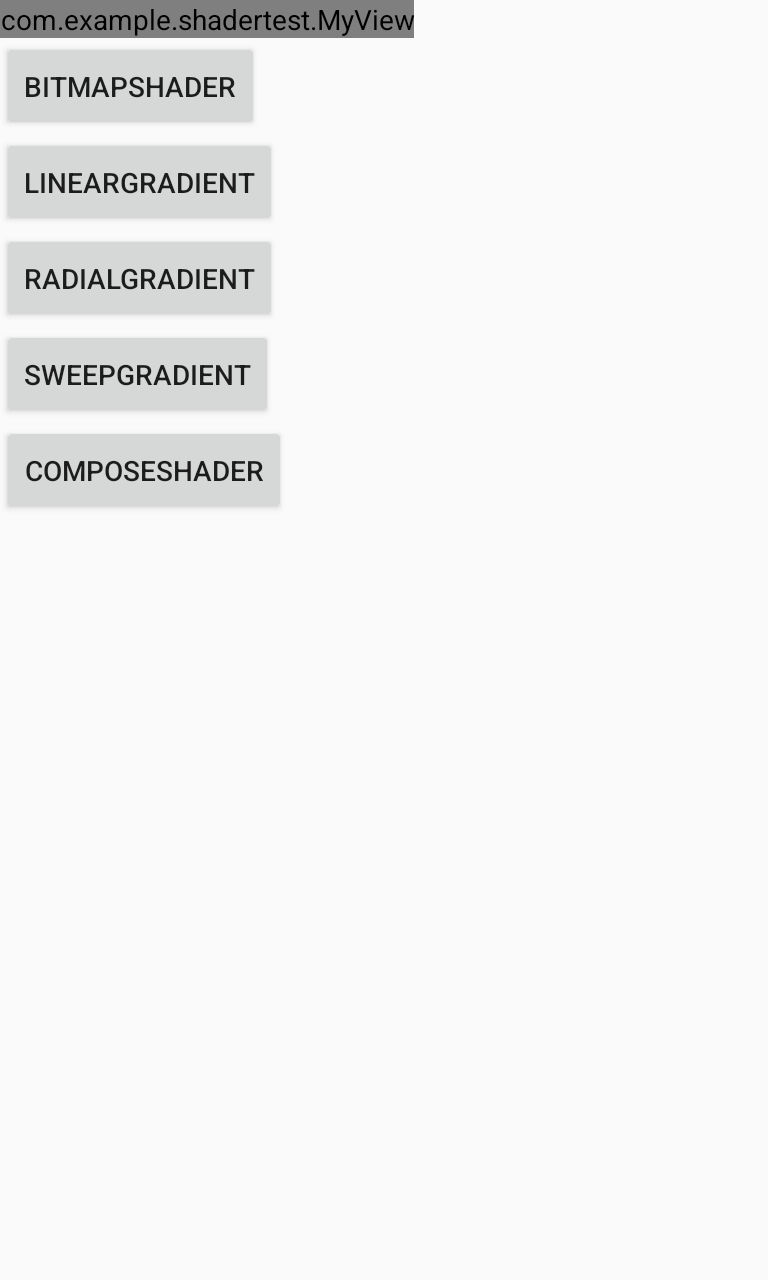
Repository: 18810012802/creazyAndroid
Layout: workspace3/ShaderTest/res/layout/activity_main.xml
The author's editor kept a copy of each file at every save. The layout is drawn from the files as they stood at one save, then again after the next save.
Pictures or frames that could not be fetched are drawn as grey boxes. It is drawn on a 768 x 1280 px phone screen (xhdpi) without system bars, with theme AppTheme; the app's code is not run.

Above is the layout before, as saved 2016-05-09 16:14:25.

After the next save:
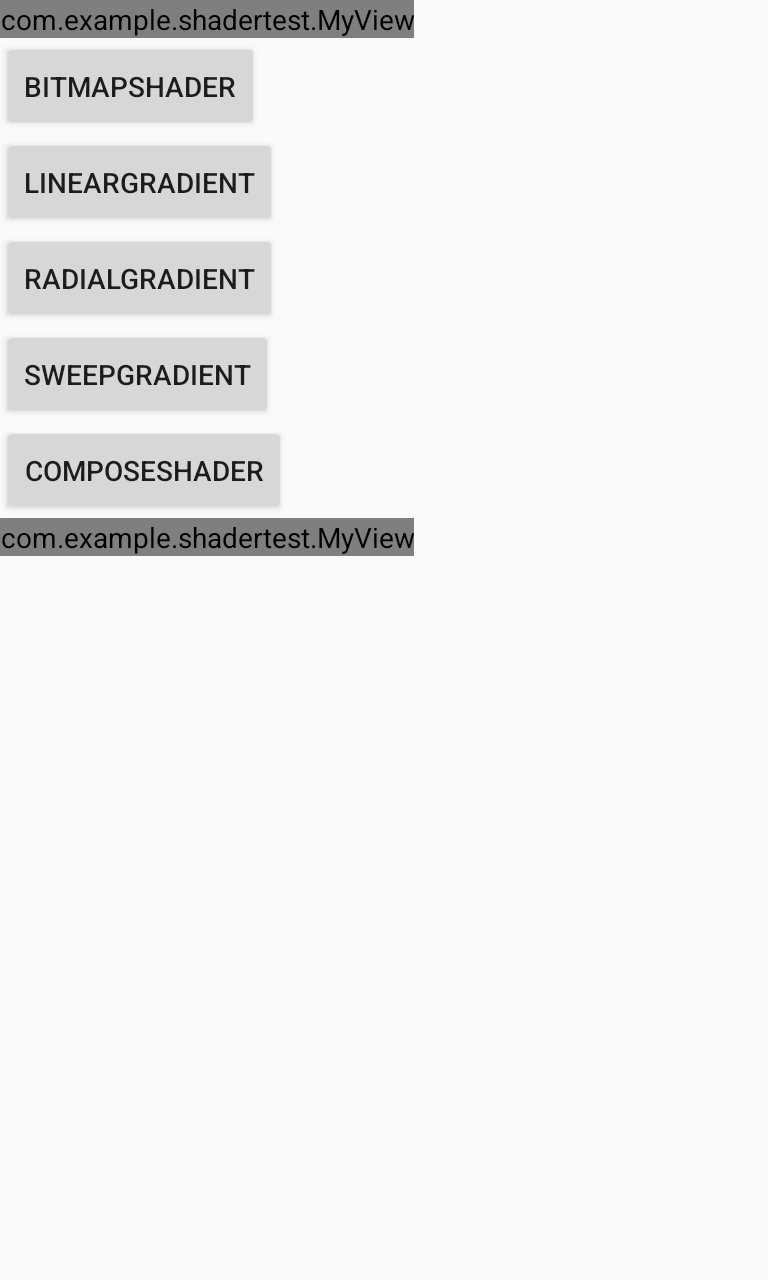
Saved 95 s later.
--- a/workspace3/ShaderTest/res/layout/activity_main.xml
+++ b/workspace3/ShaderTest/res/layout/activity_main.xml
@@ -33,5 +33,8 @@
         android:layout_height="wrap_content"
         android:text="ComposeShader"
         android:id="@+id/bn5" />
-
+	<com.example.shadertest.MyView
+        android:layout_width="wrap_content"
+        android:layout_height="wrap_content"
+        android:id="@+id/my_view2" />
 </LinearLayout>
